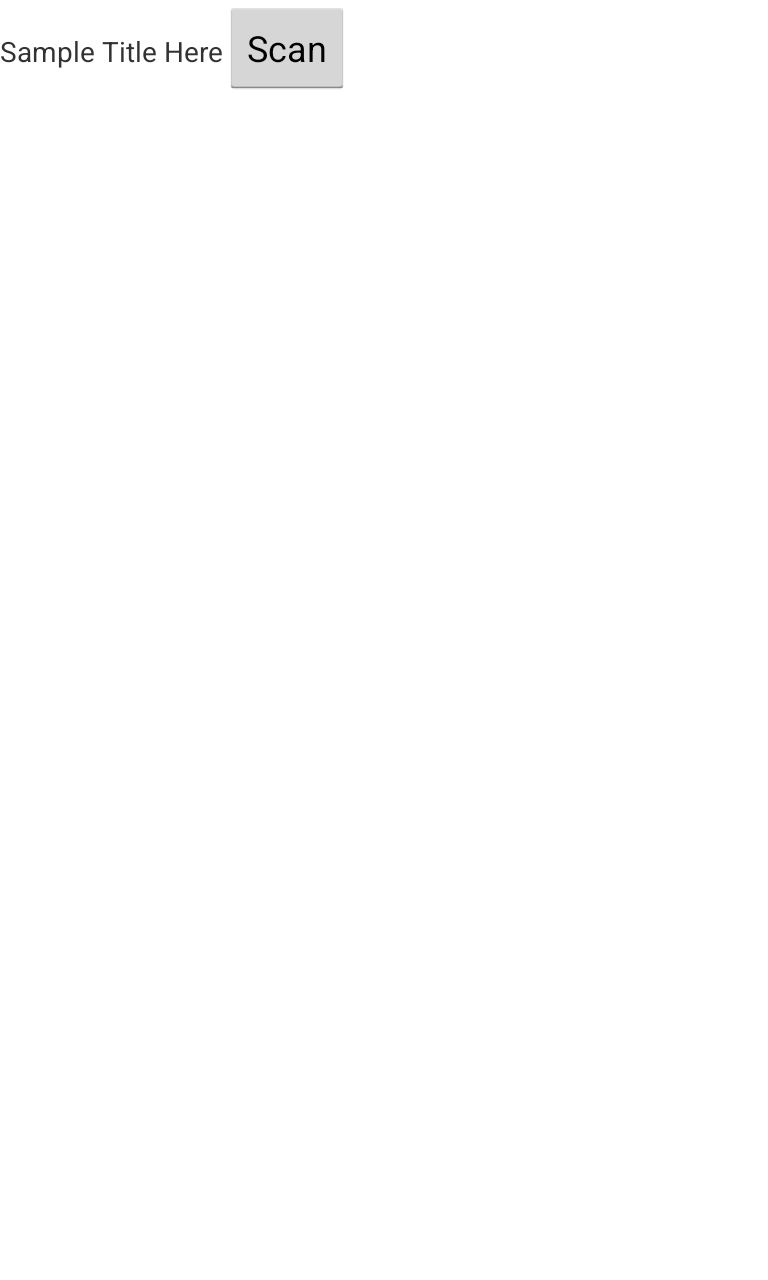
Repository: harvard-lil/wtwba-android-app
Layout: wtwba/res/layout/activity_item_details.xml
An editor plug-in stored every save of this project. The layout is shown before and after the next save, followed by the edit.
It is drawn on a 768 x 1280 px phone screen (xhdpi) without system bars, with theme AppTheme; the app's code is not run.

Above is the layout before, as saved 2013-03-05 20:09:10.

### wtwba/res/layout/activity_item_details.xml
<?xml version="1.0" encoding="utf-8"?>
<LinearLayout xmlns:android="http://schemas.android.com/apk/res/android"
    xmlns:tools="http://schemas.android.com/tools"
    android:layout_width="match_parent"
    android:layout_height="match_parent"
    android:orientation="horizontal">

    <TextView
        android:id="@+id/title_details"
        android:layout_width="wrap_content"
        android:layout_height="wrap_content"
        android:text="@string/title_holder"
         />
    <Button
        android:layout_width="wrap_content"
        android:layout_height="wrap_content"
        android:text="@string/button_scan"
    	android:onClick="addItem" />
</LinearLayout>

### wtwba/res/values/strings.xml
<?xml version="1.0" encoding="utf-8"?>
<resources>

    <string name="app_name">wtwba</string>
    <string name="edit_message">Enter a message</string>
    <string name="button_scan">Scan</string>
    <string name="menu_settings">Settings</string>
    <string name="title_activity_main">MainActivity</string>
    <string name="hello_world">Hello world!</string>
    <string name="title_holder">Sample Title Here</string>
    <string name="connection_error">Unable to connect to network</string>
    <string name="title_activity_display_message">DisplayMessageActivity</string>

</resources>

Loaded but not shown: wtwba/res/values-v11/styles.xml (common file); wtwba/res/values-v14/styles.xml (common file); wtwba/res/values/styles.xml (common file)

After the next save:
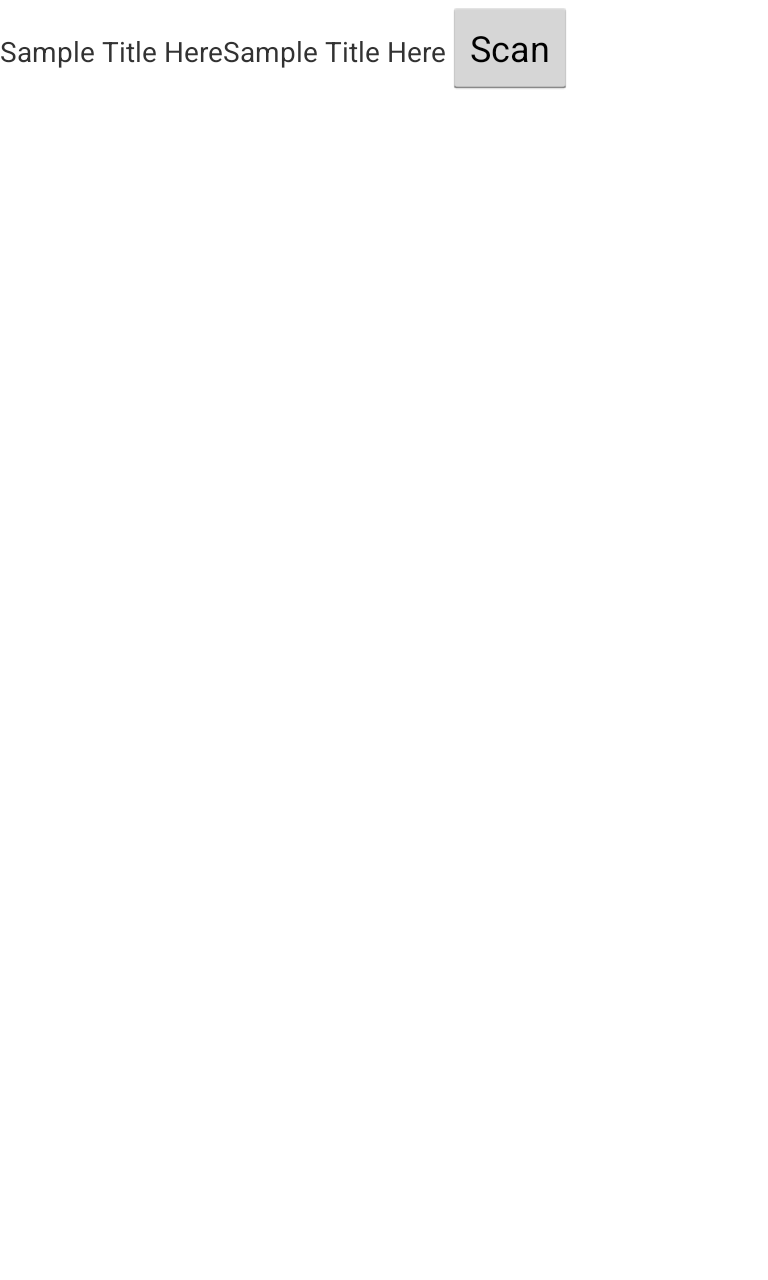
Saved 100 s later.
--- a/wtwba/res/layout/activity_item_details.xml
+++ b/wtwba/res/layout/activity_item_details.xml
@@ -11,6 +11,12 @@
         android:layout_height="wrap_content"
         android:text="@string/title_holder"
          />
+    <TextView
+        android:id="@+id/isbn_details"
+        android:layout_width="wrap_content"
+        android:layout_height="wrap_content"
+        android:text="@string/title_holder"
+         />
     <Button
         android:layout_width="wrap_content"
         android:layout_height="wrap_content"
